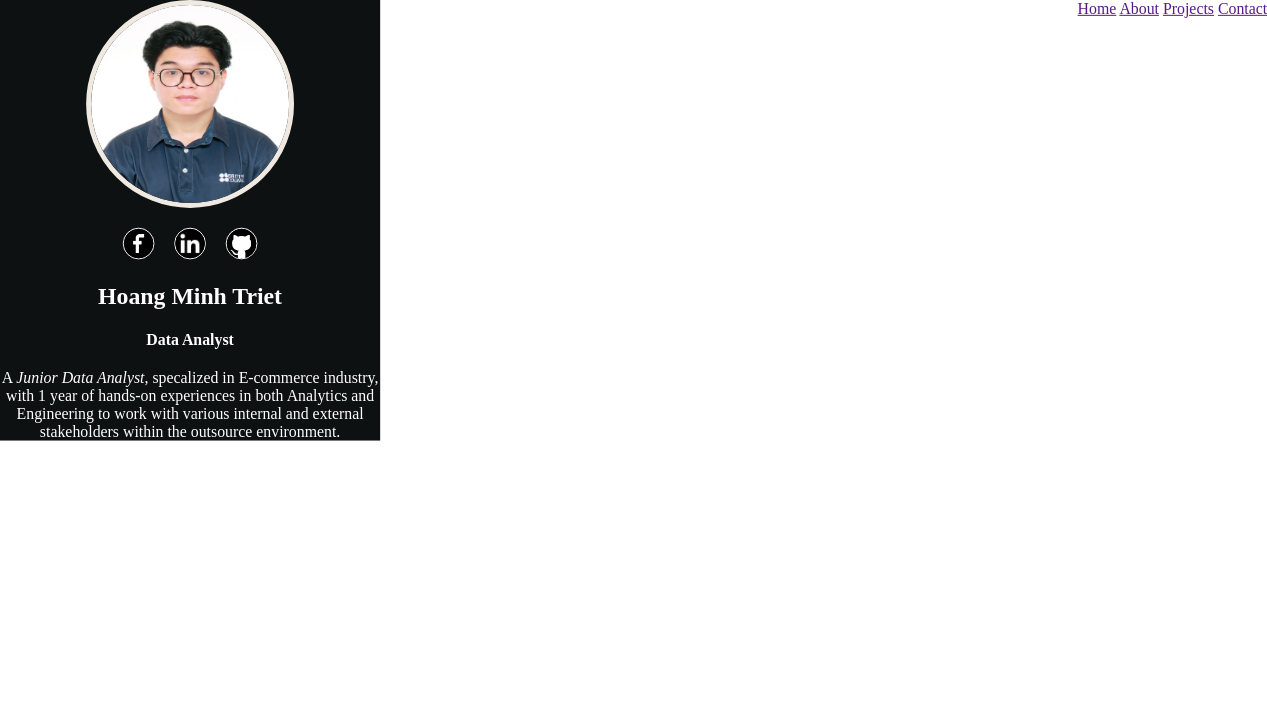
Repository: MinnTrit/personal_website
Page: http://localhost/
These files come from the project's save history. The page is drawn as it stood at one moment and after the next save; the edit follows.
The browser window is 1280 px wide. The pictures show the whole page, at 99% of full size.
The page is served by the project's application, run on Flask 3 (app.py).

Above is the page before, as saved 2025-01-29 09:41:13.

### templates/index.html
<!DOCTYPE html>
<html lang="en">
<head>
    <meta charset="UTF-8">
    <meta name="viewport" content="width=device-width, initial-scale=1.0">
    <link rel="stylesheet" href="{{ url_for('static', filename='css/styles.css') }}">
    <title>Data Engineer - Hoang Minh Triet</title>
</head>
<body>
    <header>
        <nav class="navbar">
            <a href="">Home</a>
            <a href="">About</a>
            <a href="">Projects</a>
            <a href="">Contact</a>
        </nav>
    </header>
    <main>
        <div class="picture">
            <img src="{{ url_for('static', filename='imgs/personal_image.jpg') }}" alt="personalImage">
            <div class="information">
                <a href="https://www.facebook.com/minhtriet05042003/" target="_blank">
                    <img class="facebook" src="{{ url_for('static', filename='imgs/facebook.jpg') }}" alt="facebook">
                </a>
                <a href="https://www.linkedin.com/in/minchit0504/" target="_blank">
                    <img class="linkedin" src="{{ url_for('static', filename='imgs/linkedin-logo.png') }}" alt="linkedin">
                </a>
                <a href="https://www.linkedin.com/in/minchit0504/" target="_blank">
                    <img class="github" src="{{ url_for('static', filename='imgs/github.png') }}" alt="github">
                </a>
            </div>
            <div class="pictureText">
                <h2>Hoang Minh Triet</h2>
                <h4>Data Analyst</h4>
                <p>A <em>Junior Data Analyst</em>, specalized in E-commerce industry, with 1 year of hands-on experiences in both Analytics and Engineering to work with various internal and external stakeholders within the outsource environment.</p>
            </div>
        </div>

        <div class="container">
            <div class="absolute-box"></div>
        </div>

    </main>
</body>
</html>

### app.py
from flask import Flask, request, render_template
app = Flask(__name__)
app.debug=True
#Initialize common variables
@app.route('/', methods=['GET', 'POST'])
def index():
    if request.method == 'GET':
        return render_template('index.html')

if __name__ == '__main__':
    app.run(host='0.0.0.0', port=5002, debug=True)

### static/css/styles.css
header {
    position: fixed;
    top: 0;
    right: 0;
}

html, body {
    height: 100%;
    margin: 0;
    color: white;
}

.picture {
    background-color:#0e1111;
    width: 30%;
    height: 100%;
}

.picture img {
    display: block;
    width: 200px;
    height: 200px;
    margin-left: auto;
    margin-right: auto;
    border-radius: 50%;
    border: 5px solid;
    border-color:#efe9e2;
}

.picture .pictureText {
    text-align: center;
    transform: translateY(100%);
    opacity: 0;
    animation: slideInFromBottom 1s ease-in-out forwards;
}

@keyframes slideInFromBottom {
    0% {
        transform: translateY(100%);
        opacity: 0;
    }
    100% {
        transform: translateY(0);
        opacity: 1;
    }
}


.sections {
    display: flex;
    justify-content: right;
    position: absolute;
    top: 0;
    right: 0;
    background-color:#3b444b;
    width: 70%;
    height: 100%;
    gap: 50px;
}

.sections .h2 {
    display: inline-block;
}

.information {
    margin-top: 20px;
    display: flex;
    justify-content: center;
    gap: 20px;
}

.information img {
    width: 30px;
    height: 30px;
    display: inline-block;
    border: 1px solid;
    border-color: white;
}

.information img:hover {
    opacity:1.0;
}

.container {
    background: red;
}

After the next save:
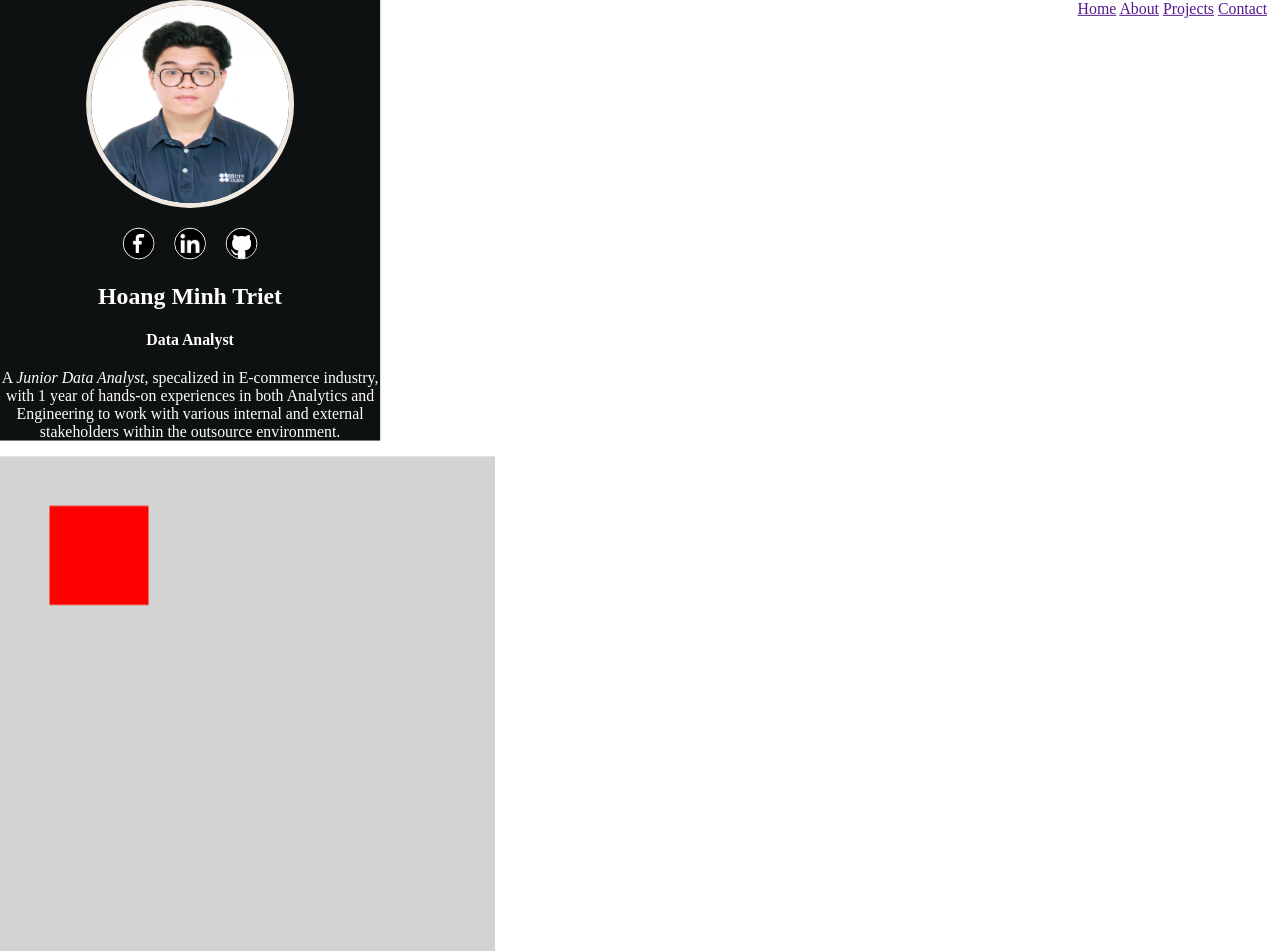
Saved 15 s later.
--- a/static/css/styles.css
+++ b/static/css/styles.css
@@ -82,5 +82,17 @@ html, body {
 }
 
 .container {
+    position: relative;
+    width: 500px;
+    height: 500px;
+    background: lightgray;
+}
+
+.absolute-box {
+    position: absolute;
+    top: 50px;
+    left: 50px;
+    width: 100px;
+    height: 100px;
     background: red;
 }
